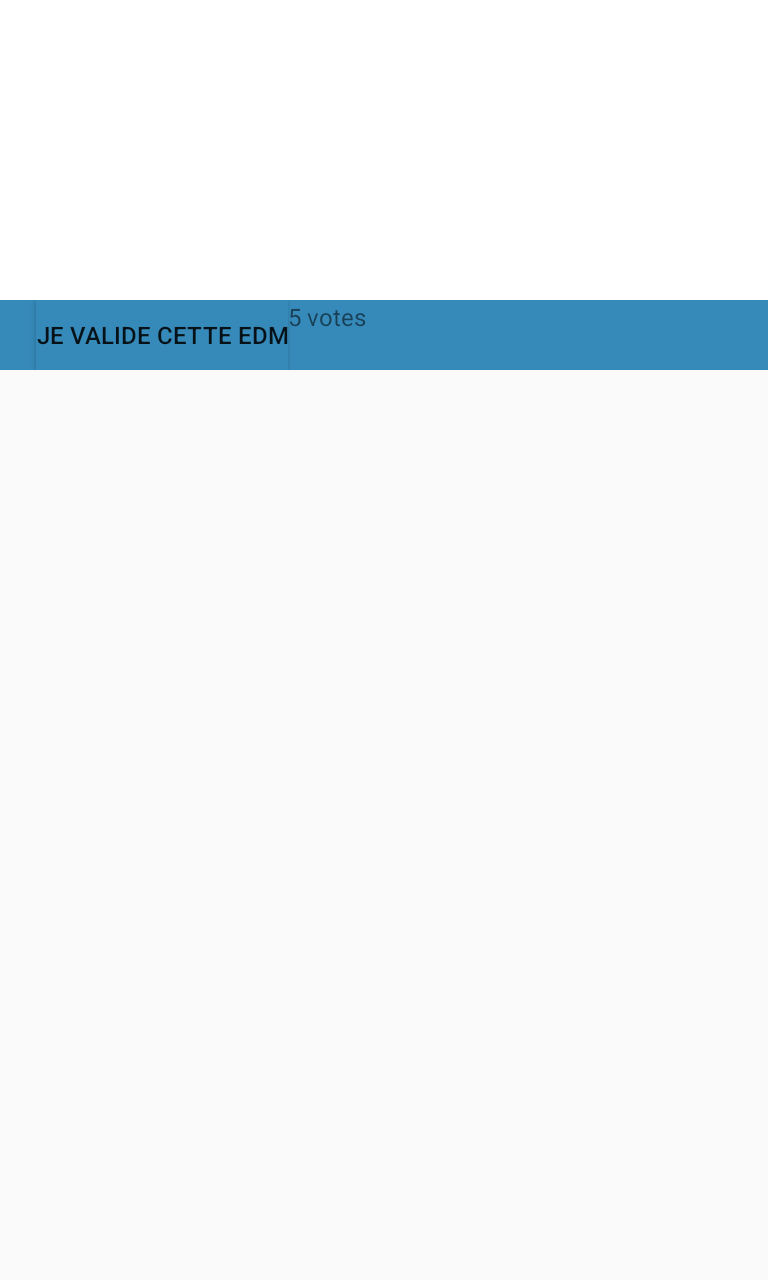
Repository: pierrealexvezinet/excusedemerde
Layout: edm/res/layout/edm_textview_layout.xml
The author's editor kept a copy of each file at every save. The layout is drawn from the files as they stood at one save, then again after the next save.
It is drawn on a 768 x 1280 px phone screen (xhdpi) without system bars, with theme Theme.AppCompat.Light; the app's code is not run.

Above is the layout before, as saved 2014-02-23 02:42:04.

### edm/res/layout/edm_textview_layout.xml
<?xml version="1.0" encoding="utf-8"?>
<LinearLayout xmlns:android="http://schemas.android.com/apk/res/android"
    android:id="@+id/edm_accueil_llt"
    android:layout_width="match_parent"
    android:layout_height="match_parent"
    android:orientation="vertical" >

    <RelativeLayout
        android:layout_width="match_parent"
        android:layout_height="150dp"
        android:background="@color/edm_blue_dark_background"
        android:orientation="vertical" >

        <TextView
            android:id="@+id/tv_edm_post"
            android:layout_width="match_parent"
            android:layout_height="match_parent"
            android:background="#FFFFFF"
            android:gravity="center_vertical"
            android:minHeight="?android:attr/listPreferredItemHeight"
            android:paddingLeft="6dip"
            android:textAppearance="?android:attr/textAppearanceLarge"
            android:textColor="#000000"
            android:textSize="12sp" />
    </RelativeLayout>

    <RelativeLayout
        android:layout_width="match_parent"
        android:layout_height="35dp"
        android:background="@color/btn_forum_color"
        android:orientation="vertical" >

        <RelativeLayout
            android:layout_width="match_parent"
            android:layout_height="match_parent"
            android:background="@color/edm_blue_dark_background"
            android:gravity="left" >

            <TextView
                android:id="@+id/tv_edm_post_date"
                android:layout_width="wrap_content"
                android:layout_height="fill_parent"
                android:gravity="center"
                android:minHeight="?android:attr/listPreferredItemHeight"
                android:paddingLeft="6dip"
                android:textAppearance="?android:attr/textAppearanceLarge"
                android:textColor="@color/white"
                android:textSize="12sp" />

            <TextView
                android:id="@+id/tv_edm_post_hour"
                android:layout_width="wrap_content"
                android:layout_height="fill_parent"
                android:layout_toRightOf="@id/tv_edm_post_date"
                android:gravity="center_vertical"
                android:minHeight="?android:attr/listPreferredItemHeight"
                android:paddingLeft="6dip"
                android:textAppearance="?android:attr/textAppearanceLarge"
                android:textColor="@color/white"
                android:textSize="12sp" />

            <TextView
                android:id="@+id/tv_edm_post_auteur"
                android:layout_width="wrap_content"
                android:layout_height="fill_parent"
                android:layout_toRightOf="@+id/tv_edm_post_hour"
                android:gravity="center_vertical"
                android:minHeight="?android:attr/listPreferredItemHeight"
                android:paddingLeft="6dip"
                android:textAppearance="?android:attr/textAppearanceLarge"
                android:textColor="@color/white"
                android:textSize="12sp" />

            <Button
                android:id="@+id/bt_valider_edm"
                android:layout_width="wrap_content"
                android:layout_height="wrap_content"
                android:layout_alignParentTop="true"
                android:layout_toRightOf="@+id/tv_edm_post_auteur"
                android:background="@color/edm_blue_dark_background"
                android:text="@string/text_btn_valider_edm"
                android:textSize="12sp" />

            <TextView
                android:id="@+id/tv_edm_nb_like"
                android:layout_width="wrap_content"
                android:layout_height="match_parent"
                android:layout_alignParentTop="true"
                android:layout_toRightOf="@+id/bt_valider_edm"
                android:background="@color/edm_blue_dark_background"
                android:text="5 votes"
                android:textSize="12sp" />
        </RelativeLayout>
    </RelativeLayout>

</LinearLayout>

### edm/res/values/colors.xml
<?xml version="1.0" encoding="utf-8"?>
<resources>

    <color name="edm_blue_background" >#AAD2E9</color>
    <color name="edm_blue_dark_background">#368ABA</color>
    <color name="btn_accueil_color">#D98E20</color>
    <color name="btn_forum_color">#97AC72</color>
    <color name="btn_shopping_color">#EA877B</color>
    <color name="btn_account_color">#D0AEC6</color>
    <color name="btn_pipotek_color">#C6CAFB</color>
    <color name="btn_parametres_color">#B877D6</color>


    <color name="bg_start">#000000</color>
    <color name="bg_end">#293436</color>
    <color name="bg_mentions_start">#529d07</color>
    <color name="bg_mentions_end">#d3ff00</color>
    <color name="bg">#FFF</color>
    <color name="bg_dialog">#adadad</color>
    <color name="catalog_titlebar_background">#60ab21</color>
    <color name="reduction_titlebar_background">#60ab21</color>
    <color name="menu_background">#FFF</color>
    <color name="menu_background_selected">#888</color>
    <color name="bg_selectedcell">#3C3A3A</color>
    <color name="bt_text">#352a26</color>
    <color name="text_info">#999999</color>
    <color name="text_green">#ADCB10</color>
    <color name="text_black">#000000</color>
    <color name="text_lightgrey">#989898</color>
    <color name="text_grey">#888888</color>
    <color name="blanc">#FFFFFF</color>
    <color name="white">#FFFFFF</color>
    <color name="debug">#33FF0000</color>
    <color name="debug2">#3300FF00</color>
    <color name="translucent_black">#AA000000</color>
    <color name="transparent">#00000000</color>
    <color name="pink">#D3007E</color>
    <color name="red">#F00</color>
    <color name="background">#88000000</color>
    <color name="pense_bete_text">#000000</color>
    <color name="my_list_parent_text">#181947</color>
    <color name="edm_green">#83af0b</color>
    <color name="edm_green_tap">#9eca32</color>
    <color name="edm_green_translucent">#CC83af0b</color>
    <color name="edm_green_translucent_tap">#CC9eca32</color>
    <color name="edm_pink">#cb0081</color>
    <color name="edm_pink_tap">#FF82C6</color>
    <color name="edm_pink_translucent">#CCcb0081</color>
    <color name="edm_pink_translucent_tap">#CCFF82C6</color>
    <color name="edm_white_translucent">#CCFFFFFF</color>
    <color name="edm_black_translucent">#CC000000</color>
    <color name="edm_grey_solid">#6f6d6d</color>
    <color name="edm_orange">#ff6c00</color>
    <color name="edm_light_orange">#ff912C</color>
    <color name="edm_white_cream">#efeae8</color>
    <color name="edm_cream_button">#f2eeec</color>
    <color name="edm_light_grey">#ccc2be</color>
    <color name="edm_black">#181947</color>
    <color name="edm_dark_grey">#a5918a</color>
    <color name="edm_dark_grey_translucent">#CCa5918a</color>
    <color name="edm_button_gray_text">#a5918a</color>
    <color name="edm_button_gray_background">#CCefeae8</color>
    <color name="edm_button_gray_deactivated_text">#efeae8</color>
    <color name="edm_button_gray_deactivated_background">#CCffffff</color>

</resources>

### edm/res/values/strings.xml
<?xml version="1.0" encoding="utf-8"?>
<resources>

    <!-- EDM GENERAL -->
    <string name="app_name">Excuse de merde</string>
    <string name="action_settings">Settings</string>
    <string name="drawer_open">Drawer ouvert</string>
    <string name="drawer_closed">Drawer fermé</string>
    <string name="ac_refresh">Refresh</string>

    <!-- EDM ALERT DIALOG PARAMETRES MES EDMS -->
    <string name="title_alert_dialog_retour_accueil">Information</string>
    <string name="button_valid_retour_accueil">Retourner à l\'accueil</string>
    <string name="message_aucunes_edms_utilisateur">Vous n\'avez pas d\'EDMs.</string>
    <string name="message_pas_connecte_voir_edms">Vous devez être connécté pour voir vos EDMs.</string>

    <!-- EDM ALERT DIALOG EDM FRAGMENT ACTIVITY CONNECTE POUR POSTER EDM -->
    <string name="title_alert_dialog_retour_to_post_edm">Attention</string>
    <string name="button_connect_me">Me connecter !</string>
    <string name="message_pas_connecte">Vous devez être connecté pour pouvoir poster des EDMs.</string>

    <!-- EDM MES EDMS -->
    <string name="app_name_mes_edms">Mes EDMs</string>

    <!-- EDM CLASSEMENT TOP TEN DES MYTHOS -->
    <string name="app_name_top_ten_des_mythos">Top 10 des mythos</string>

    <!-- EDM PROGRESS BAR -->
    <string name="chargement_en_cours">Chargement en cours</string>
    <string name="merci_de_patienter">Merci de patienter</string>

    <!-- EDM AUTHENTICATION -->
    <string name="app_name_authentication">Authentification</string>

    <!-- EDM ACCUEIL -->
    <string name="app_name_accueil">Accueil</string>

    <!-- EDM POSTER EDM -->
    <string name="app_name_poster_edm">Poster une EDM</string>
    <string name="poster_edm_bt">Poster une EDM</string>
    <string name="text_edm_to_post">Votre EDM se tape ici ...</string>
    <string name="text_edm_posted_with_succes">Votre EDM a été postée avec succès</string>
    <string name="text_btn_valider_edm">Je valide cette EDM</string>

    <!-- EDM ACCOUNT -->
    <string name="lieu_residence_user">Lieu de résidence :</string>
    <string name="civilite_user">Civilité :</string>
    <string name="date_naissance_user">Date de naissance :</string>
    <string name="visite_du_profil_user">Visite(s) du profil :</string>
    <string name="nb_commentaire_user">Commentaires :</string>
    <string name="nb_edms_user">Nombre de EDMs :</string>
    <string name="ma_photo">Ma photo :</string>
    <string name="non_renseigne">Aucun(e)</string>
    <string name="editer_profil">Editer mon profil</string>
    <string name="user_photo">user photo</string>

    <!-- EDM ROI DES MYTHOS -->
    <string name="app_name_roi_des_mythos">Roi des mythos</string>
    <string name="afficher_profil_roi_des_mythos">Afficher le profil</string>
    <string name="user_ne_souhaite_pas_partager_son_profil">Cet utilisateur n\'a pas souhaité partager les informations le concernant.</string>
    <string name="profil_user_hidden">Profil utlisateur caché</string>

    <!-- EDM EDIT ACCOUNT -->
    <string name="app_name_edition_profil">Edition profil</string>
    <string name="edit_civilite_user">Civilite</string>
    <string name="edit_date_de_naissance_user">Date de naissance</string>
    <string name="edit_ville_user">Résidence</string>
    <string name="edit_statut_user">Statut</string>
    <string name="edit_pays_user">Pays</string>
    <string name="edit_fuseau_user">user photo</string>
    <string name="edit_a_propos_user">A propos</string>
    <string name="edit_changer_photo_user">Avatar</string>
    <string name="edit_cacher_profil_user">Cacher Profil</string>
    <string name="valider_edition_edm">Valider</string>
    <string name="profil_mis_a_jour">Votre profil a correctement été mis à jour</string>

    <!-- EDM MENU DRAWER -->
    <string name="app_name_account">Mon Compte</string>
    <string name="drawer_menu_item_accueil">Accueil</string>
    <string name="drawer_menu_item_Forum">Forum</string>
    <string name="drawer_menu_item_Boutique">Boutique</string>
    <string name="drawer_menu_item_mon_compte">Mon compte</string>
    <string name="drawer_menu_item_pipotek">Pipotek</string>
    <string name="drawer_menu_item_parametres">Paramètres</string>

    <!-- EDM GENERAL -->


    <!-- EDM LOGIN -->
    <string name="pseudo_edm">Pseudo</string>
    <string name="password_edm">Mot de passe</string>
    <string name="remind_me_edm">Se souvenir de moi</string>
    <string name="connexion_edm">Connexion</string>

    <!-- EDM PARAMETRES -->
    <string name="app_name_parameters">Plus</string>
    <string name="mon_compte">MON COMPTE</string>
    <string name="forum">FORUM</string>
    <string name="boutique">BOUTIQUE</string>
    <string name="luminosite">LUMINOSITE</string>
    <string name="deconnexion">DECONNEXION</string>

    <!-- QUITTER EDM -->

    <string name="warning">Attention</string>
    <string name="quitt_edm_application">Souhaitez-vous vraiment quitter EDM ?</string>

</resources>

After the next save:
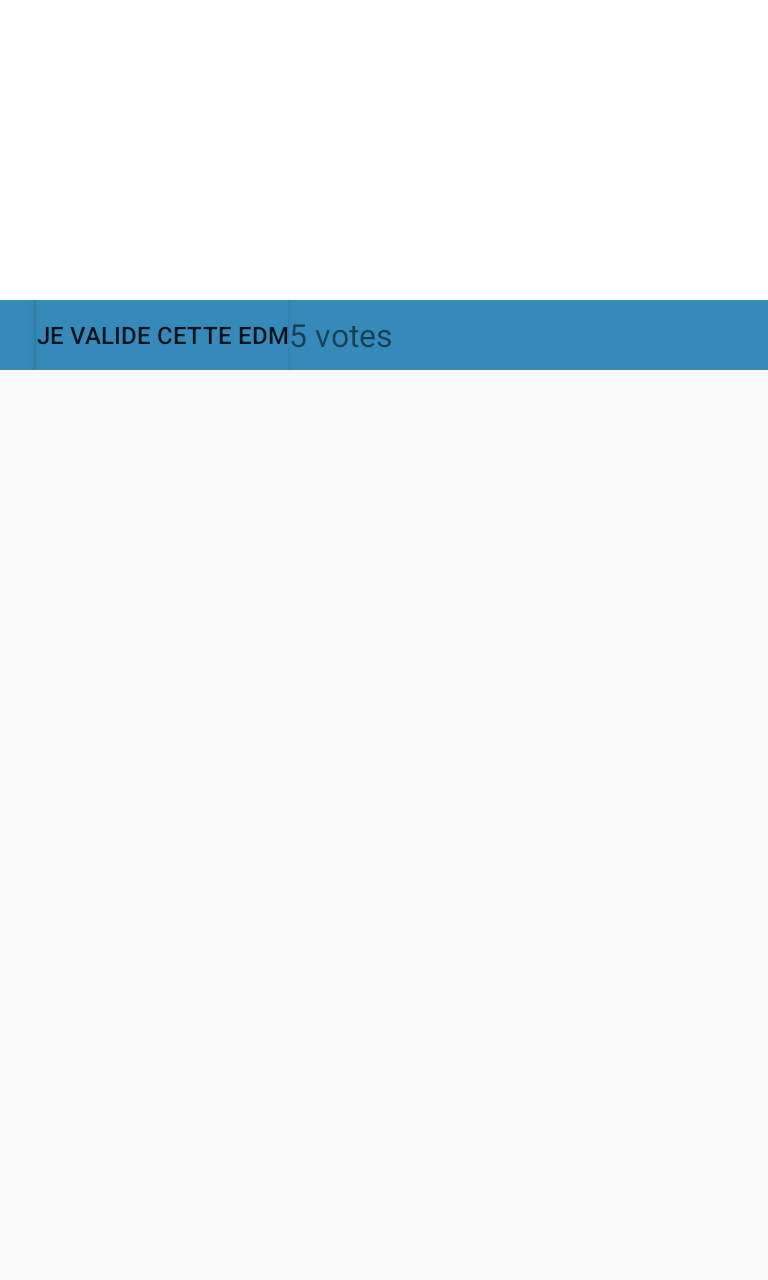
Saved 36 s later.
--- a/edm/res/layout/edm_textview_layout.xml
+++ b/edm/res/layout/edm_textview_layout.xml
@@ -84,12 +84,13 @@
             <TextView
                 android:id="@+id/tv_edm_nb_like"
                 android:layout_width="wrap_content"
-                android:layout_height="match_parent"
-                android:layout_alignParentTop="true"
+                 android:layout_height="fill_parent"
+                android:gravity="center"
+
                 android:layout_toRightOf="@+id/bt_valider_edm"
                 android:background="@color/edm_blue_dark_background"
                 android:text="5 votes"
-                android:textSize="12sp" />
+                android:textSize="16sp" />
         </RelativeLayout>
     </RelativeLayout>
 
